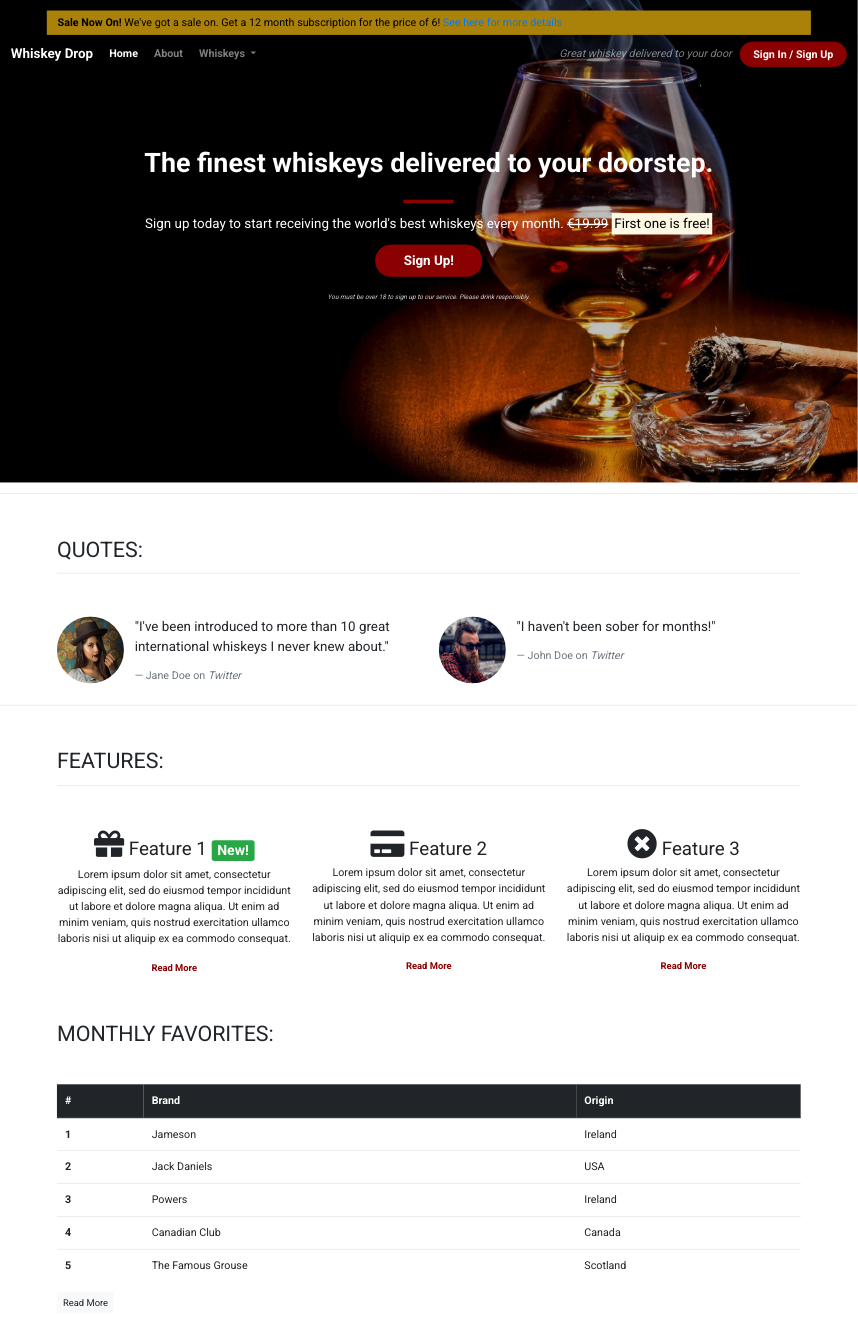
Repository: dof-bull/whiskey-drop
Page: index.html
The author's editor kept a record of every edit. The page is drawn from the files as they stood at one moment, then again after the next edit.
The browser window is 1280 px wide. The pictures show the whole page, at 67% of full size.
Backgrounds fixed to the window are drawn as part of the page. Some web libraries are served in a nearby version.

Above is the page before.

### index.html
<!DOCTYPE html>
<html lang="en-us">

<head>
  <meta charset="utf-8">
  <meta name="viewport" content="width=device-width, initial-scale=1.0">
  <title>Whiskey Drop | Taste a new whiskey every month</title>
  <link rel="stylesheet" href="https://maxcdn.bootstrapcdn.com/bootstrap/4.1.3/css/bootstrap.min.css">
  <link rel="stylesheet" href="https://use.fontawesome.com/releases/v5.6.1/css/all.css" integrity="sha384-gfdkjb5BdAXd+lj+gudLWI+BXq4IuLW5IT+brZEZsLFm++aCMlF1V92rMkPaX4PP" crossorigin="anonymous">
  <link href="https://fonts.googleapis.com/css?family=Roboto:400,700&display=swap" rel="stylesheet">
  <link rel="stylesheet" href="css/style.css" type="text/css" />
</head>

<body>

  <!-- Nav -->
  <div class="container-fluid navalert-container">
    <div class="container-fluid alert-container">
      <article class="container mt-3">
        <div class="row d-none d-sm-block">
          <div class="col-12">
            <div class="site-wide-alert alert alert-warning">
              <strong>Sale Now On!</strong> We've got a sale on. Get a 12 month subscription for the price of 6! <a href="">See here for more details</a>
            </div>
          </div>
        </div>
      </article>
    </div>

    <nav class="navbar navbar-dark navbar-expand-sm">
      <a href="/" class="navbar-brand">
                    Whiskey Drop</a>
      <button class="navbar-toggler ml-auto" type="button" data-toggle="collapse" data-target="#navbarNavDropdown" aria-controls="navbarNavDropdown" aria-expanded="false" aria-label="Toggle navigation">
        <span class="navbar-toggler-icon"></span></button>
      <div class="collapse navbar-collapse" id="navbarNavDropdown">
        <ul class="navbar-nav mr-auto">
          <li class="active nav-item mr-2"><a class="nav-link" href="/">Home</a></li>
          <li class="nav-item mr-2"><a class="nav-link" href="">About</a></li>
          <li class="nav-item dropdown">
            <a class="nav-link dropdown-toggle" href="#" id="navbarDropdownMenuLink" role="button" data-toggle="dropdown" aria-haspopup="true" aria-expanded="false">
          Whiskeys
        </a>
            <div class="dropdown-menu" aria-labelledby="navbarDropdownMenuLink">
              <a class="dropdown-item" href="#">Irish</a>
              <a class="dropdown-item" href="#">Scotch</a>
              <a class="dropdown-item" href="#">Japanese</a>
              <a class="dropdown-item" href="#">American</a>
            </div>
          </li>

          <li class="nav-item mr-2 d-block d-sm-none"><a class="nav-link" href="">Sign In / Sign Up</a></li>
        </ul>
      </div>
      <div class="d-none d-md-block">
        <p class="navbar-text my-auto mr-2"><i>Great whiskey delivered to your door</i></p>
        <a href="/login" class="btn btn--cta btn--red">Sign In / Sign Up</a>
      </div>
    </nav>
  </div>
  <!-- /Nav -->

  <!-- Callout -->
  <div class="container-fluid callout-container">
    <div class="opaque-overlay">&nbsp;</div>
    <div class="row">
      <div class="col-12">
        <section class="callout jumbotron text-center">
          <h1 class="jumbotron-header">The finest whiskeys delivered to your doorstep.</h1>
          <hr class="block-divider block-divider--red">
          <p class="lead">Sign up today to start receiving the world's best whiskeys every month.
            <s class="d-none d-sm-inline">€19.99</s>
            <span class="d-inline d-sm-none"><br></span>
            <strong><mark>First one is free!</mark></strong></p>
          <p><button class="btn btn-lg btn--cta btn--red" data-toggle="modal" data-target="#signUpModal">Sign Up!</button></p>
          <p class="text-muted"><small>You must be over 18 to sign up to our service. Please drink responsibly.</small></p>
        </section>
      </div>
    </div>
  </div>
  <!-- /.callout -->
  <hr>
  <!-- Quotes -->
  <div class="container quotes-container">
    <section class="quotes">
      <div class="row">
        <div class="col-12 my-5">
          <h2 class="text-uppercase">Quotes:</h2>
          <hr />
        </div>
      </div>
      <div class="row">
        <div class="col-12 col-md-6">
          <div class="media">
            <div class="d-none d-sm-block">
              <img src="images/girl-image.png" class="rounded-circle mr-3" height=100 width=100 alt="girl">
            </div>
            <div class="media-body">
              <blockquote class="blockquote">
                <p>"I've been introduced to more than 10 great international whiskeys I never knew about."</p>
                <footer class="blockquote-footer">Jane Doe on <cite title="Twitter">Twitter</cite></footer>
              </blockquote>
            </div>
          </div>
        </div>
        <div class="col-12 col-md-6">
          <div class="media">
            <div class="d-none d-sm-block">
              <img src="images/guy-image.png" class="rounded-circle mr-3" height=100 width=100 alt="guy">
            </div>
            <div class="media-body">
              <blockquote class="blockquote">
                <p>"I haven't been sober for months!"</p>
                <footer class="blockquote-footer">John Doe on <cite title="Twitter">Twitter</cite></footer>
              </blockquote>
            </div>
          </div>
        </div>
      </div>
    </section>
  </div>
  <!-- /.quotes -->
  <hr>
  <!-- Features -->
  <div class="container features-container">
    <section class="features">
      <div class="row">
        <div class="col-12 my-5">
          <h2 class="text-uppercase">Features:</h2>
          <hr />
        </div>
      </div>
      <div class="row">
        <div class="col-12 col-md-6 col-lg-4">
          <div class="feature">
            <h3><i class="fas fa-gift d-none d-sm-inline"></i> Feature 1 <span class="badge badge-success">New!</span></h3>
            <p>Lorem ipsum dolor sit amet, consectetur adipiscing elit, sed do eiusmod tempor incididunt ut labore et dolore magna aliqua. Ut enim ad minim veniam, quis nostrud exercitation ullamco laboris nisi ut aliquip ex ea commodo consequat.</p>
            <p><a class="btn btn-sm btn-light" href="">Read More</a></p>
          </div>
        </div>
        <div class="col-12 col-md-6 col-lg-4">
          <div class="feature">
            <h3><i class="fas fa-credit-card d-none d-sm-inline"></i> Feature 2</h3>
            <p>Lorem ipsum dolor sit amet, consectetur adipiscing elit, sed do eiusmod tempor incididunt ut labore et dolore magna aliqua. Ut enim ad minim veniam, quis nostrud exercitation ullamco laboris nisi ut aliquip ex ea commodo consequat.</p>
            <p><a class="btn btn-sm btn-light" href="">Read More</a></p>
          </div>
        </div>
        <div class="col-12 d-md-none d-lg-block col-lg-4">
          <div class="feature">
            <h3><i class="fas fa-times-circle d-none d-sm-inline"></i> Feature 3</h3>
            <p>Lorem ipsum dolor sit amet, consectetur adipiscing elit, sed do eiusmod tempor incididunt ut labore et dolore magna aliqua. Ut enim ad minim veniam, quis nostrud exercitation ullamco laboris nisi ut aliquip ex ea commodo consequat.</p>
            <p><a class="btn btn-sm btn-light" href="">Read More</a></p>
          </div>
        </div>
      </div>
    </section>
  </div>
  <!-- /.features -->

  <!-- Monthly Favorites -->
  <div class="container monthly-favorites-container ">
    <section class="monthly-favorites d-none d-sm-none d-md-block d-lg-block">
      <div class="row">
        <div class="col-12 my-5">
          <h2 class="text-uppercase">Monthly Favorites:</h2>
        </div>
      </div>
      <table class="table">
        <thead class="thead-dark">
          <tr>
            <th scope="col">#</th>
            <th scope="col">Brand</th>
            <th scope="col">Origin</th>
          </tr>
        </thead>
        <tbody>
          <tr>
            <th scope="row">1</th>
            <td>Jameson</td>
            <td>Ireland</td>
          </tr>
          <tr>
            <th scope="row">2</th>
            <td>Jack Daniels</td>
            <td>USA</td>
          </tr>
          <tr>
            <th scope="row">3</th>
            <td>Powers</td>
            <td>Ireland</td>
          </tr>
          <tr>
            <th scope="row">4</th>
            <td>Canadian Club</td>
            <td>Canada</td>
          </tr>
          <tr>
            <th scope="row">5</th>
            <td>The Famous Grouse</td>
            <td>Scotland</td>
          </tr>
        </tbody>
      </table>
      <p><a class="btn btn-sm btn-light" href=""> Read More</a>
      </p>
    </section>
  </div>
  <!-- /.monthly favorites -->

  <!--  Modal -->
  <div class="modal" tabindex="-1" role="dialog" id="signUpModal">
    <div class="modal-dialog" role="document">
      <div class="modal-content">
        <div class="modal-header">
          <h5 class="modal-title">Sign Up To Whiskey Drop!</h5>
          <button type="button" class="close" data-dismiss="modal" aria-label="Close">
          <span aria-hidden="true">&times;</span>
        </button>
        </div>
        <div class="modal-body">
          <form>
            <div class="form-group">
              <label for="exampleInputEmail1">Email address</label>
              <input type="email" class="form-control" id="exampleInputEmail1" aria-describedby="emailHelp" placeholder="Enter email">
              <small id="emailHelp" class="form-text text-muted">We'll never share your email with anyone else.</small>
            </div>
            <div class="form-group">
              <label for="password">Password</label>
              <input type="password" class="form-control" id="password" placeholder="Password">
            </div>
            <div class="form-group">
              <label for="repeatPassword">Repeat Password</label>
              <input type="password" class="form-control" id="repeatPassword" placeholder="Repeat Password">
            </div>
            <button type="submit" class="btn btn-success">Submit</button>
          </form>
        </div>
      </div>
    </div>
  </div>
  <!--  /Modal -->

  <script src="https://code.jquery.com/jquery-3.3.1.slim.min.js" integrity="sha384-q8i/X+965DzO0rT7abK41JStQIAqVgRVzpbzo5smXKp4YfRvH+8abtTE1Pi6jizo" crossorigin="anonymous"></script>
  <script src="https://cdnjs.cloudflare.com/ajax/libs/popper.js/1.14.7/umd/popper.min.js" integrity="sha384-UO2eT0CpHqdSJQ6hJty5KVphtPhzWj9WO1clHTMGa3JDZwrnQq4sF86dIHNDz0W1" crossorigin="anonymous"></script>
  <script src="https://stackpath.bootstrapcdn.com/bootstrap/4.3.1/js/bootstrap.min.js" integrity="sha384-JjSmVgyd0p3pXB1rRibZUAYoIIy6OrQ6VrjIEaFf/nJGzIxFDsf4x0xIM+B07jRM" crossorigin="anonymous"></script>
</body>

</html>

### css/style.css
body {
    font-family: 'Roboto', sans-serif;
}

.container-wrapper {}

.container-wrapper--red {
    background-color: darkred;
    color: white;
}

.alert-container .col-12 {
    padding-left: 0;
    padding-right: 0;
}

.site-wide-alert {
    border-radius: 0;
    margin-bottom: 0;
    padding: 5px 15px;
    color: black;
    background-color: #aa8109;
    border-color: #aa8109;
}

.callout-container {
    height: 100vh;

    background: url("../images/whiskey-background.jpg") no-repeat bottom right fixed;
    -webkit-background-size: cover;
    -moz-background-size: cover;
    -o-background-size: cover;
    background-size: cover;

    display: flex;
    align-items: center;
    justify-content: center;

    position: relative;
}

.opaque-overlay {
    position: absolute;
    top: 0;
    left: 0;
    height: 100%;
    width: 100%;
    background-color: rgba(0, 0, 0, 0.25);
}

.quotes-container {}

.features-container {}

.monthly-favorites-container {}

/* Page headers */

.page-header {
    margin-bottom: 0;
    border-bottom: 0;
    text-align: center;
}

.page-header h2 {
    margin-top: 0;
}

.quotes .page-header {
    margin-bottom: 25px;
}

/* Block Dividers */

.block-divider {
    width: 75px;
    height: 5px;
    border: 0;
    background-color: darkred;
}

.block-divider--red {
    background-color: darkred;
}

.block-divider--white {
    background-color: white;
}


.block-divider--short {
    width: 35px;
}

/* Content containers */

.content-container {
    padding-top: 75px;
    padding-bottom: 75px;
}

/* Navbar */

.navalert-container {
    position: absolute;
    top: 0;
    left: 0;
    padding-left: 0;
    padding-right: 0;
    z-index: 1;
}

.navbar {
    margin-bottom: 0;
    border: 0;
    width: 100%;
    background-color: rgba(0, 0, 0, 0.25);
}

.navbar .navbar-toggler {
    border: 0;
}

.navbar-brand {
    font-weight: bold;
}

.navbar .navbar-nav a {
    font-weight: bold;
}

/* Jumobtron */

.jumbotron {
    background-color: transparent;
}

.jumbotron-header {
    color: white;
    font-weight: bold;
    margin-bottom: 30px;
}

.jumbotron .lead {
    color: white;
}


.jumbotron small {
    font-size: 60%;
    font-style: italic;
    color: #d0d0d0;
}

/* Buttons */

.btn--cta {
    font-weight: bold;
    border-radius: 23px;
    width: 160px;
}

.btn--red {
    color: white;
    background-color: darkred;
    border-color: darkred;
}

.btn--red:hover,
.btn--red:active,
.btn--red:focus,
.btn--red:active:focus {
    background-color: red;
    border-color: red;
}

.feature {
    text-align: center
}

.feature i {
    margin-bottom: 20px;
    font-size: 45px;
    line-height: 45px;
}

.feature .btn {
    background-color: white;
    border-color: white;
    border-radius: 15px;
    min-width: 100px;
    font-weight: bold;
    margin-top: 1opx;
    color: darkred;
}

After the next edit:
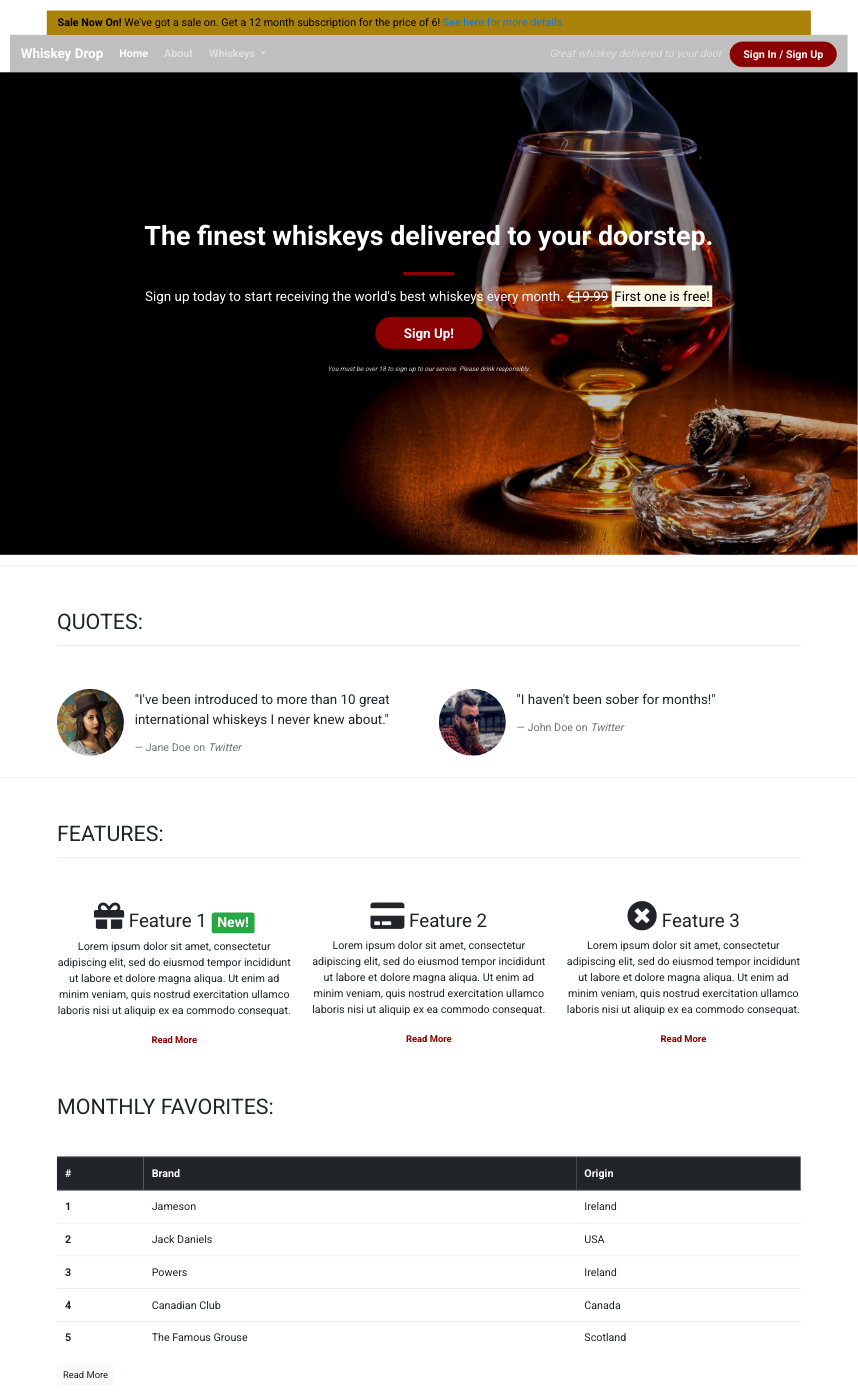
The edit:
--- a/index.html
+++ b/index.html
@@ -14,7 +14,7 @@
 <body>
 
   <!-- Nav -->
-  <div class="container-fluid navalert-container">
+  <div class="container-fluid navalertf-container">
     <div class="container-fluid alert-container">
       <article class="container mt-3">
         <div class="row d-none d-sm-block">
